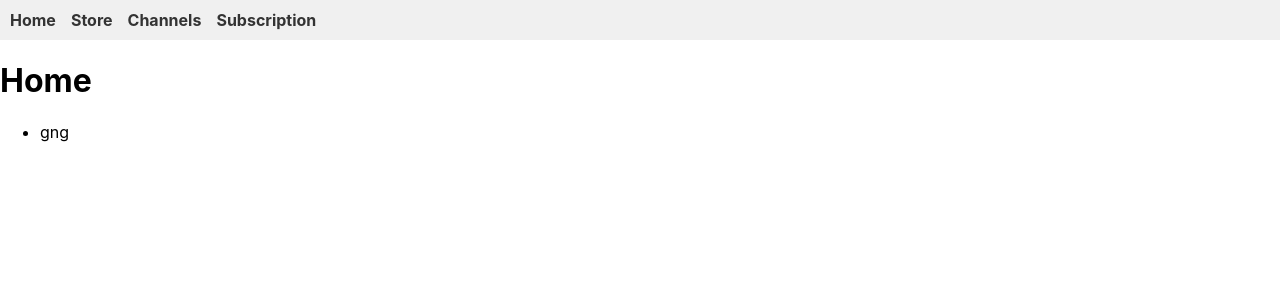
Repository: gordonnrat/group-2-project
Page: / (app in source-code/)
An editor plug-in stored every save of this project. The page is shown before and after the next save, followed by the edit.
The browser window is 1280 px wide. The pictures show the whole page.
The project was rebuilt for these pictures with package versions that can differ from the ones it lists, and the page was loaded fresh each time. Also part of the build but not shown: source-code/src/App.css, source-code/src/App.js, source-code/src/components/pages/Login.js.

Above is the page before, as saved 2023-07-20 13:50:28.

### source-code/src/index.js
import React from 'react';
import ReactDOM from 'react-dom/client';
import './index.css';
import reportWebVitals from './reportWebVitals';
import {
  createBrowserRouter,
  RouterProvider,
  Navigate
} from "react-router-dom";

import App from './App';
import Home from './components/pages/Home';
import Login from './components/pages/Login';

const router = createBrowserRouter([
  {
    path: "/", // This is the relative URL path which users can bookmark and navigate to
    element: <Home />, // This is the React Component to load when navigating to the associated path URL
    // errorElement: <ErrorPage />, // This is a React Component to load when a URL is invalid or something goes wrong
  },
  {
    path: "/login",
    element: <Login />,
  },
  // More routes...
  {
  path: "/group-2-project",
  element:<Navigate to = "/" replace />
  },
]);

const root = ReactDOM.createRoot(document.getElementById('root'));
root.render(
  <React.StrictMode>
    <RouterProvider router={router} />
  </React.StrictMode>
);

// If you want to start measuring performance in your app, pass a function
// to log results (for example: reportWebVitals(console.log))
// or send to an analytics endpoint. Learn more: https://bit.ly/CRA-vitals
reportWebVitals();

### source-code/src/components/pages/Home.js
import Navbar from "../Navbar";

function Home() {
    return(
        <div>
            <Navbar />
            <h1>Home</h1>
            <ul>
                <li>gng</li>
            </ul>
        </div>
    )
}

export default Home

### source-code/src/components/Navbar.js
import { Link } from "react-router-dom";
import "./Navbar.css";

function Navbar() {
    return (
        <nav className="navbar">
            <ul>
                <li><Link to='/'>Home</Link></li>
                <li><Link to='/Store'>Store</Link></li>
                <li><Link to='/Channels'>Channels</Link></li>
                <li><Link to='/Subscription'>Subscription</Link></li>
            </ul>
        </nav>
    );
}

export default Navbar;

### source-code/src/components/Navbar.css
/* Navbar.css */

.navbar {
    background-color: #f0f0f0;
    padding: 10px;
}

.navbar ul {
    list-style-type: none;
    margin: 0;
    padding: 0;
    display: flex;
    align-items: center;
}

.navbar li {
    margin-right: 15px;
}

.navbar li:last-child {
    margin-right: 0;
}

.navbar li a {
    text-decoration: none;
    color: #333;
    font-size: 16px;
    font-weight: bold;
}

.navbar li a:hover {
    color: #555;
}

Loaded but not shown: source-code/public/index.html (common file); source-code/src/index.css (common file); source-code/src/reportWebVitals.js (common file)

After the next save:
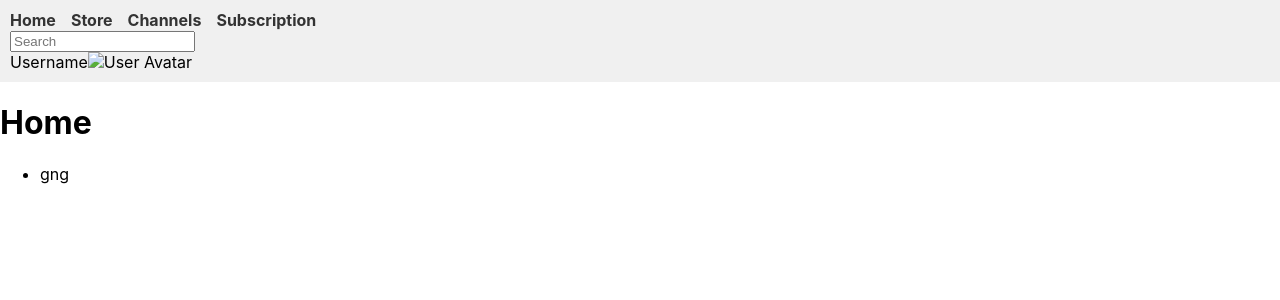
Not found: user_avatar.png
Saved 2 min 39 s later.
--- a/source-code/src/components/Navbar.js
+++ b/source-code/src/components/Navbar.js
@@ -4,12 +4,20 @@ import "./Navbar.css";
 function Navbar() {
     return (
         <nav className="navbar">
-            <ul>
+            <ul className="left-nav">
                 <li><Link to='/'>Home</Link></li>
                 <li><Link to='/Store'>Store</Link></li>
                 <li><Link to='/Channels'>Channels</Link></li>
                 <li><Link to='/Subscription'>Subscription</Link></li>
             </ul>
+            <div className="right-nav">
+                <input type="text" placeholder="Search" />
+                <div className="user-section">
+                    {/* Your user-related elements can go here */}
+                    <span>Username</span>
+                    <img src="user_avatar.png" alt="User Avatar" />
+                </div>
+            </div>
         </nav>
     );
 }
